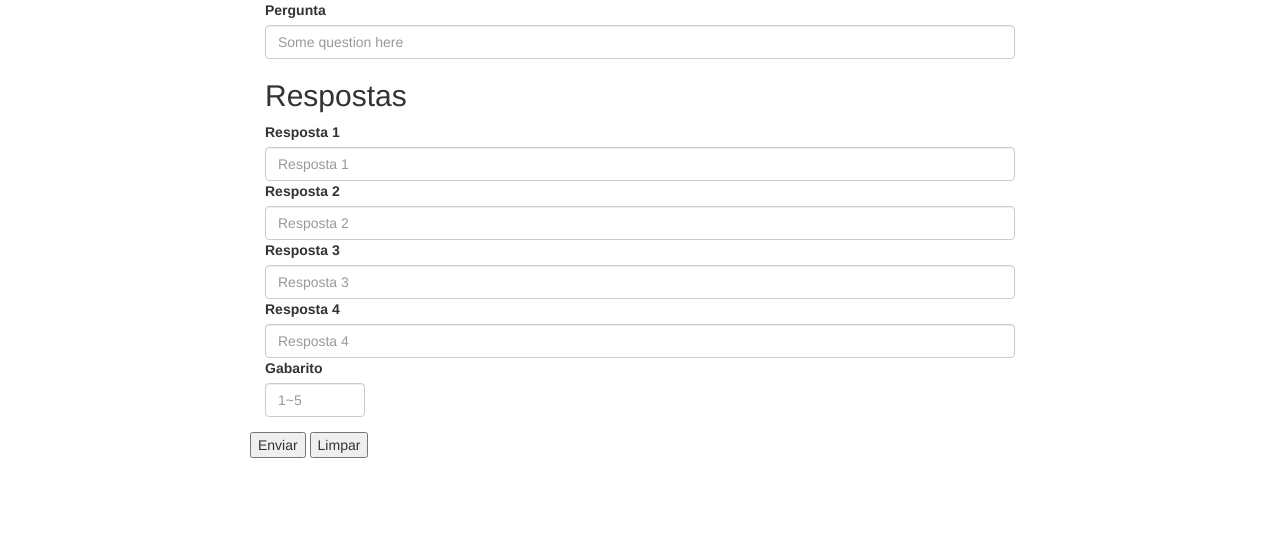
Repository: brunoUnigranrio/TDEs-Daw
Page: http://localhost/TDE1/cadastrarFormulario.jsp
The author's editor kept a copy of each file at every save. The page is drawn from the files as they stood at one save, then again after the next save.
The browser window is 1280 px wide. The pictures show the whole page.
The page is served by Tomcat 9. Other server files are loaded and not shown.

Above is the page before, as saved 2019-06-16 22:28:39.
Console error (its wording comes from the project's code and is left out).

### TDE1/WebContent/cadastrarFormulario.jsp
<%@ page language="java" contentType="text/html; charset=UTF-8"
    pageEncoding="UTF-8"%>
<!DOCTYPE html>
<html>
<head>
<meta charset="UTF-8">
<title>Cadastro de formulário</title>
<!-- Latest compiled and minified CSS -->
<link rel="stylesheet" href="https://stackpath.bootstrapcdn.com/bootstrap/3.4.1/css/bootstrap.min.css" integrity="sha384-HSMxcRTRxnN+Bdg0JdbxYKrThecOKuH5zCYotlSAcp1+c8xmyTe9GYg1l9a69psu" crossorigin="anonymous">

<!-- Optional theme -->
<link rel="stylesheet" href="https://stackpath.bootstrapcdn.com/bootstrap/3.4.1/css/bootstrap-theme.min.css" integrity="sha384-6pzBo3FDv/PJ8r2KRkGHifhEocL+1X2rVCTTkUfGk7/0pbek5mMa1upzvWbrUbOZ" crossorigin="anonymous">

<!-- Latest compiled and minified JavaScript -->
<script src="https://stackpath.bootstrapcdn.com/bootstrap/3.4.1/js/bootstrap.min.js" integrity="sha384-aJ21OjlMXNL5UyIl/XNwTMqvzeRMZH2w8c5cRVpzpU8Y5bApTppSuUkhZXN0VxHd" crossorigin="anonymous"></script>
</head>
<body>
<div class = "container">
<div class = "row">
<div class = "col-md-8 col-md-offset-2">


<form  method = "post" action="CadastrarPergunta">
  <div class="form-group">
    <label for="perguntaInput">Pergunta</label>
    <input type="text" class="form-control" name ="perguntaInput" id="perguntaInput" placeholder="Some question here">
  </div>
  <div class="form-group">
  <h2 class=>Respostas</h2>
  <%
  int i =1;
  for (i = 1; i < 5; i++) {
	  out.println(
		"<label for=\"r" + i + "\">Resposta " + i + "</label>"
			  );
	 out.println(
			 " <input type=\"text\" name=\"r" +i+ "\" class=\"form-control\" id=\"r" +i + "\" placeholder=\"Resposta " +i+ " \" \\> "
			 );

  }

  %>
  <div class="row">
  <div class= "col-md-2">
   <label for="gaba">Gabarito</label>
    <input type="number" class="form-control" id="gabarito" placeholder="1~5" >
  </div>

  </div>


  </div>
  <div class="row">
  <button type="submit">Enviar</button>
  <button type="reset">Limpar</button>
  </div>
</form>
</div>

</div>

</body>
</html>

After the next save:
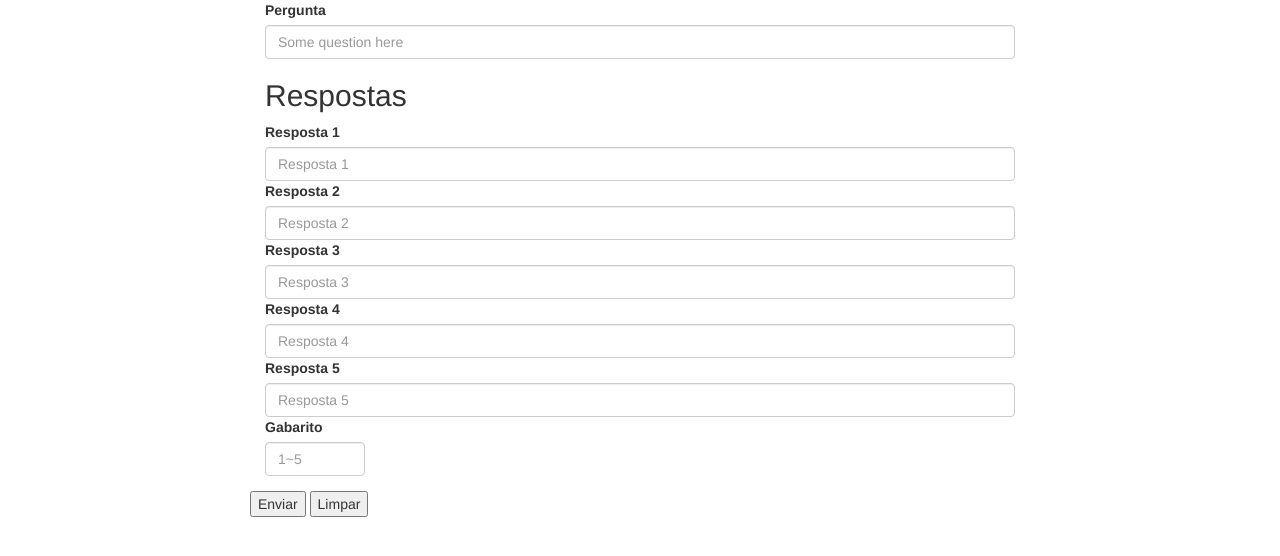
Saved 38 s later.
--- a/TDE1/WebContent/cadastrarFormulario.jsp
+++ b/TDE1/WebContent/cadastrarFormulario.jsp
@@ -29,7 +29,7 @@
   <h2 class=>Respostas</h2>
   <%
   int i =1;
-  for (i = 1; i < 5; i++) {
+  for (i = 1; i < 6; i++) {
 	  out.println(
 		"<label for=\"r" + i + "\">Resposta " + i + "</label>"
 			  );
